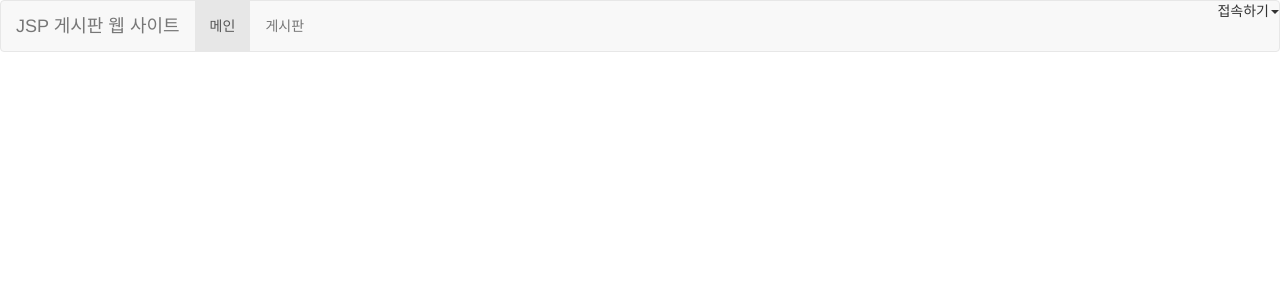
Repository: dirn0568/project
Page: http://localhost/myWeb/main.jsp
The author's editor kept a copy of each file at every save. The page is drawn from the files as they stood at one save, then again after the next save.
The browser window is 1280 px wide. The pictures show the whole page.
The page is served by Tomcat 9. Other server files are loaded and not shown.

Above is the page before, as saved 2022-10-07 09:24:21.
Console error (its wording comes from the project's code and is left out).

### myWeb/src/main/webapp/main.jsp
<%@ page language="java" contentType="text/html; charset=UTF-8"
    pageEncoding="UTF-8"%>
<%@ page import="java.io.PrintWriter" %>
<% request.setCharacterEncoding("UTF-8"); %>
<!DOCTYPE html>
<html>
<head>
<meta charset="UTF-8">
<meta name="viewport" content="width-device-width", initial-scale="1">
<link rel="stylesheet" href="css/bootstrap.css">
<title>JSP 게시판 웹 사이트</title>
</head>
<body>
	<%
		String userID = null;
		if (userID == null) {
			userID = "hi";
		}
	%>
	<nav class="navbar navbar-default">
		<div class="navbar-header">
			<button type="button" class="navbar-toggle collapsed"
				data-toggle="collapse" data-target="#bs-example-navbar-collapse-1"
				aria-expanded="false">
				<span class="icon-bar"></span>
				<span class="icon-bar"></span>
				<span class="icon-bar"></span>
				</button>
				<a class="navbar-brand" href="main.jsp">JSP 게시판 웹 사이트</a>
		</div>
		<div class="collapse navbar-collapse" id="bs-example-navbar-collapse-1">
			<ul class="nav navbar-nav">
				<li class="active"><a href="main.jsp">메인</a></li>
				<li><a href="bbs.jsp">게시판</a></li>
			</ul>
			<%
				Object register = session.getAttribute("userID");
				if (register == null) {
			%>
			<ul class="nav navbar-nav navbar-right">
				<li class="dropdown">
					<div class="dropdown-toggle"
						data-toggle="dropdown" role="button" aria-haspopup="true"
						aria-expanded="false">접속하기<span class="caret"></span></div>
					<ul class="dropdown-menu">
						<li><a href="login.jsp">로그인</a></li>
						<li><a href="join.jsp">회원가입</a></li>
					</ul>
				</li>
			</ul>
			<%
				} else {
			%>
			<ul class="nav navbar-nav navbar-right">
				<li class="dropdown">
					<div class="dropdown-toggle"
						data-toggle="dropdown" role="button" aria-haspopup="true"
						aria-expanded="false">회원관리<span class="caret"></span></div>
					<ul class="dropdown-menu">
						<li><a href="logoutAction.jsp">로그아웃</a></li>
					</ul>
				</li>
			</ul>
			<%
				}
			%>
		</div>
	</nav>
	<script src="js/bootstrap.js"></script>
</body>
</html>

Loaded but not shown: myWeb/src/main/webapp/css/bootstrap.css (library); myWeb/src/main/webapp/js/bootstrap.js (library)

After the next save:
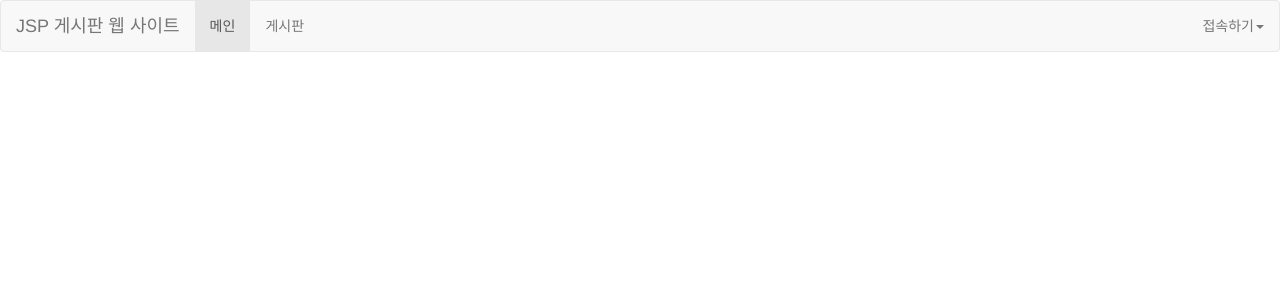
Saved 69 s later.
--- a/myWeb/src/main/webapp/main.jsp
+++ b/myWeb/src/main/webapp/main.jsp
@@ -11,12 +11,6 @@
 <title>JSP 게시판 웹 사이트</title>
 </head>
 <body>
-	<%
-		String userID = null;
-		if (userID == null) {
-			userID = "hi";
-		}
-	%>
 	<nav class="navbar navbar-default">
 		<div class="navbar-header">
 			<button type="button" class="navbar-toggle collapsed"
@@ -33,37 +27,17 @@
 				<li class="active"><a href="main.jsp">메인</a></li>
 				<li><a href="bbs.jsp">게시판</a></li>
 			</ul>
-			<%
-				Object register = session.getAttribute("userID");
-				if (register == null) {
-			%>
 			<ul class="nav navbar-nav navbar-right">
 				<li class="dropdown">
-					<div class="dropdown-toggle"
+					<a href="#" class="dropdown-toggle"
 						data-toggle="dropdown" role="button" aria-haspopup="true"
-						aria-expanded="false">접속하기<span class="caret"></span></div>
+						aria-expanded="false">접속하기<span class="caret"></span></a>
 					<ul class="dropdown-menu">
 						<li><a href="login.jsp">로그인</a></li>
 						<li><a href="join.jsp">회원가입</a></li>
 					</ul>
 				</li>
 			</ul>
-			<%
-				} else {
-			%>
-			<ul class="nav navbar-nav navbar-right">
-				<li class="dropdown">
-					<div class="dropdown-toggle"
-						data-toggle="dropdown" role="button" aria-haspopup="true"
-						aria-expanded="false">회원관리<span class="caret"></span></div>
-					<ul class="dropdown-menu">
-						<li><a href="logoutAction.jsp">로그아웃</a></li>
-					</ul>
-				</li>
-			</ul>
-			<%
-				}
-			%>
 		</div>
 	</nav>
 	<script src="js/bootstrap.js"></script>
